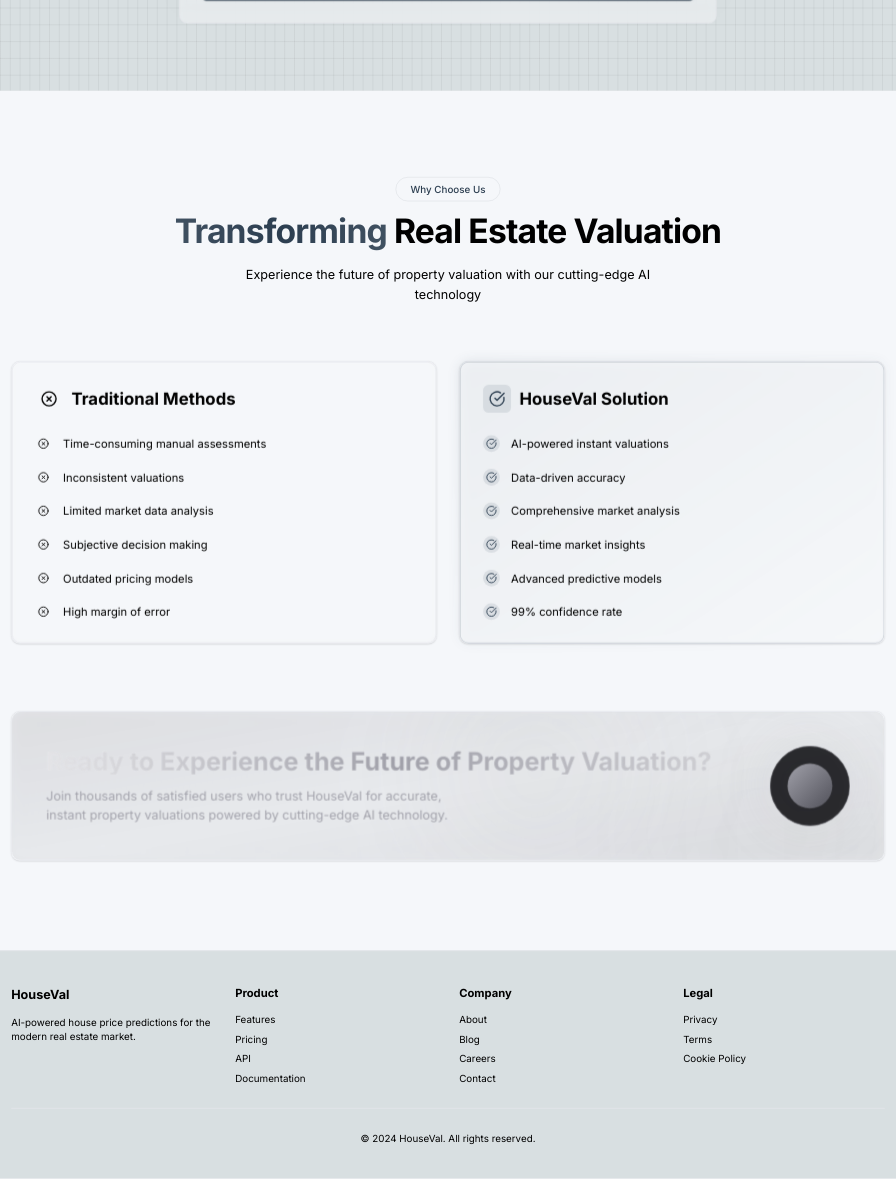
Repository: Rayyy-dev/HouseVal
Page: /
The author's editor kept a copy of each file at every save. The page is drawn from the files as they stood at one save, then again after the next save.
The browser window is 1280 px wide. The pictures show the part of the page from y = 2624 to 4544 px (the page is 4308 px tall before and 4544 px after), at 70% of full size.
The project was rebuilt for these pictures with package versions that can differ from the ones it lists, and the page was loaded fresh each time. The framework's server and built-in components were replaced by stand-ins that run in the browser. Also part of the build but not shown: next.config.ts. Imported but missing from the stored project, and not drawn on this page: src/components/ui/command.

Above is the page before, as saved 2025-01-18 13:45:14.

### src/app/layout.tsx
import type { Metadata } from "next";
import { Inter } from "next/font/google";
import "./globals.css";
import { Toaster } from "sonner";

const inter = Inter({ subsets: ["latin"] });

export const metadata: Metadata = {
  title: "HouseVal - AI-Powered House Price Predictor",
  description: "Get instant, accurate house price estimates powered by AI",
};

export default function RootLayout({
  children,
}: {
  children: React.ReactNode;
}) {
  return (
    <html lang="en">
      <body className={inter.className}>
        {children}
        <Toaster richColors position="top-center" />
      </body>
    </html>
  );
}

### src/app/page.tsx
import { Header } from "@/components/landing-page/sections/header";
import { Hero } from "@/components/landing-page/sections/hero";
import { Integrations } from "@/components/landing-page/sections/integrations";
import { Benefits } from "@/components/landing-page/sections/benefits";
import { PricePredictor } from "@/components/landing-page/sections/price-predictor";
import { Solution } from "@/components/landing-page/sections/solution";
import { Footer } from "@/components/landing-page/sections/footer";

export default function Home() {
  return (
    <div className="min-h-screen bg-background">
      <Header />
      <Hero />
      <Integrations />
      <Benefits />
      <PricePredictor />
      <Solution />
      <Footer />
    </div>
  );
}

### src/components/landing-page/sections/solution.tsx
"use client";

import { motion } from "framer-motion";
import { Card, CardContent } from "@/components/ui/card";
import { CheckCircle, XCircle } from "lucide-react";
import { cn } from "@/lib/utils";

export function Solution() {
  return (
    <section className="py-32 relative overflow-hidden">
      {/* Sophisticated Background */}
      <div className="absolute inset-0">
        <div className="absolute inset-0 bg-gradient-to-br from-destructive/5 via-transparent to-primary/5" />
        <motion.div
          initial={{ opacity: 0 }}
          animate={{ opacity: 1 }}
          transition={{ duration: 1.5 }}
          className="absolute inset-0"
        >
          <div className="absolute left-0 right-0 top-0 -z-10 m-auto h-[310px] w-[310px] rounded-full bg-primary/5 blur-[120px] animate-pulse-slow" />
          <div className="absolute left-1/3 right-0 top-1/2 -z-10 h-[250px] w-[250px] rounded-full bg-destructive/5 blur-[120px] animate-pulse-slow delay-300" />
        </motion.div>
      </div>

      <div className="container mx-auto px-4 relative">
        {/* Enhanced Header */}
        <motion.div
          initial={{ opacity: 0, y: 20 }}
          whileInView={{ opacity: 1, y: 0 }}
          viewport={{ once: true }}
          transition={{ duration: 0.7, ease: "easeOut" }}
          className="text-center mb-20"
        >
          <motion.div
            initial={{ scale: 0.95, opacity: 0 }}
            whileInView={{ scale: 1, opacity: 1 }}
            transition={{ duration: 0.5, delay: 0.2 }}
            className="inline-block mb-6"
          >
            <span className="px-5 py-2 rounded-full bg-primary/8 text-primary text-sm font-medium border border-primary/10">
              Why Choose Us
            </span>
          </motion.div>
          <h2 className="text-4xl md:text-5xl font-bold mb-6 tracking-tight">
            <span className="bg-gradient-to-r from-primary/90 via-primary to-primary/90 bg-clip-text text-transparent">Transforming</span>
            <span className="text-foreground"> Real Estate Valuation</span>
          </h2>
          <p className="text-lg text-muted-foreground/90 max-w-2xl mx-auto leading-relaxed">
            Experience the future of property valuation with our cutting-edge AI technology
          </p>
        </motion.div>

        {/* Enhanced Cards Grid */}
        <div className="grid grid-cols-1 lg:grid-cols-2 gap-8">
          <motion.div
            initial={{ opacity: 0, x: -20 }}
            whileInView={{ opacity: 1, x: 0 }}
            viewport={{ once: true }}
            transition={{ duration: 0.7 }}
          >
            <Card className="relative group h-full">
              <div className="absolute -inset-0.5 bg-gradient-to-br from-destructive/20 to-destructive/0 rounded-2xl blur opacity-50 group-hover:opacity-75 transition duration-300" />
              <div className="relative h-full bg-background/50 backdrop-blur-sm rounded-xl p-8 border border-destructive/20">
                <h3 className="text-2xl font-bold mb-8 flex items-center gap-3">
                  <div className="p-2 rounded-lg bg-destructive/10">
                    <XCircle className="text-destructive h-6 w-6" />
                  </div>
                  Traditional Methods
                </h3>
                <CardContent className="space-y-6 p-0">
                  {[
                    "Time-consuming manual assessments",
                    "Inconsistent valuations",
                    "Limited market data analysis",
                    "Subjective decision making",
                    "Outdated pricing models",
                    "High margin of error"
                  ].map((item, i) => (
                    <motion.div
                      initial={{ opacity: 0, x: -10 }}
                      whileInView={{ opacity: 1, x: 0 }}
                      viewport={{ once: true }}
                      transition={{ duration: 0.5, delay: i * 0.1 }}
                      key={i}
                      className="flex items-start gap-4 group"
                    >
                      <div className="h-6 w-6 rounded-full bg-destructive/10 flex items-center justify-center shrink-0 group-hover:bg-destructive/20 transition-colors">
                        <XCircle className="h-4 w-4 text-destructive" />
                      </div>
                      <p className="text-muted-foreground group-hover:text-foreground transition-colors">{item}</p>
                    </motion.div>
                  ))}
                </CardContent>
              </div>
            </Card>
          </motion.div>

          <motion.div
            initial={{ opacity: 0, x: 20 }}
            whileInView={{ opacity: 1, x: 0 }}
            viewport={{ once: true }}
            transition={{ duration: 0.7 }}
          >
            <Card className="relative group h-full">
              <div className="absolute -inset-0.5 bg-gradient-to-br from-primary/20 to-primary/0 rounded-2xl blur opacity-50 group-hover:opacity-75 transition duration-300" />
              <div className="relative h-full bg-background/50 backdrop-blur-sm rounded-xl p-8 border border-primary/20">
                <h3 className="text-2xl font-bold mb-8 flex items-center gap-3">
                  <div className="p-2 rounded-lg bg-primary/10">
                    <CheckCircle className="text-primary h-6 w-6" />
                  </div>
                  HouseVal Solution
                </h3>
                <CardContent className="space-y-6 p-0">
                  {[
                    "AI-powered instant valuations",
                    "Data-driven accuracy",
                    "Comprehensive market analysis",
                    "Real-time market insights",
                    "Advanced predictive models",
                    "99% confidence rate"
                  ].map((item, i) => (
                    <motion.div
                      initial={{ opacity: 0, x: 10 }}
                      whileInView={{ opacity: 1, x: 0 }}
                      viewport={{ once: true }}
                      transition={{ duration: 0.5, delay: i * 0.1 }}
                      key={i}
                      className="flex items-start gap-4 group"
                    >
                      <div className="h-6 w-6 rounded-full bg-primary/10 flex items-center justify-center shrink-0 group-hover:bg-primary/20 transition-colors">
                        <CheckCircle className="h-4 w-4 text-primary" />
                      </div>
                      <p className="text-muted-foreground group-hover:text-foreground transition-colors">{item}</p>
                    </motion.div>
                  ))}
                </CardContent>
              </div>
            </Card>
          </motion.div>
        </div>

        {/* CTA Section */}
        <motion.div
          initial={{ opacity: 0, y: 20 }}
          whileInView={{ opacity: 1, y: 0 }}
          viewport={{ once: true }}
          transition={{ duration: 0.7 }}
          className="mt-24"
        >
          <Card className="relative group overflow-hidden">
            <div className="absolute -inset-0.5 bg-gradient-to-br from-zinc-400/30 via-zinc-100/10 to-zinc-400/30 rounded-2xl blur opacity-50" />
            <div className="relative bg-black/5 backdrop-blur-sm rounded-xl p-12 border border-zinc-200/10">
              <div className="absolute right-0 top-0 -z-10 h-[350px] w-[350px] rounded-full bg-zinc-500/5 blur-[100px]" />
              <div className="absolute left-1/2 bottom-0 -z-10 h-[250px] w-[250px] rounded-full bg-zinc-400/10 blur-[100px]" />

              <div className="flex flex-col md:flex-row items-center justify-between gap-8">
                <div className="flex-1 text-left">
                  <motion.h3
                    initial={{ opacity: 0, y: 10 }}
                    whileInView={{ opacity: 1, y: 0 }}
                    transition={{ duration: 0.5 }}
                    className="text-3xl md:text-4xl font-bold mb-4 bg-gradient-to-r from-zinc-200 via-zinc-400 to-zinc-300 bg-clip-text text-transparent"
                  >
                    Ready to Experience the Future of Property Valuation?
                  </motion.h3>
                  <motion.p
                    initial={{ opacity: 0, y: 10 }}
                    whileInView={{ opacity: 1, y: 0 }}
                    transition={{ duration: 0.5, delay: 0.1 }}
                    className="text-lg text-zinc-400 max-w-xl"
                  >
                    Join thousands of satisfied users who trust HouseVal for accurate, instant property valuations powered by cutting-edge AI technology.
                  </motion.p>
                </div>
                <motion.div
                  initial={{ opacity: 0, scale: 0.95 }}
                  whileInView={{ opacity: 1, scale: 1 }}
                  transition={{ duration: 0.5, delay: 0.2 }}
                  className="flex items-center justify-center"
                >
                  <div className="relative">
                    <div className="absolute inset-0 bg-gradient-to-br from-zinc-400/20 to-zinc-300/10 rounded-full blur-2xl" />
                    <div className="relative bg-zinc-900/90 backdrop-blur-sm rounded-full p-6 border border-zinc-700">
                      <div className="h-16 w-16 rounded-full bg-gradient-to-br from-zinc-400 to-zinc-600" />
                    </div>
                  </div>
                </motion.div>
              </div>
            </div>
          </Card>
        </motion.div>
      </div>
    </section>
  );
}

### src/components/ui/input.tsx
import * as React from "react"

import { cn } from "@/lib/utils"

export interface InputProps extends React.InputHTMLAttributes<HTMLInputElement> {}

const Input = React.forwardRef<HTMLInputElement, InputProps>(
  ({ className, type, ...props }, ref) => {
    return (
      <input
        type={type}
        className={cn(
          "flex h-9 w-full rounded-md border border-input bg-transparent px-3 py-1 text-base shadow-sm transition-colors file:border-0 file:bg-transparent file:text-sm file:font-medium file:text-foreground placeholder:text-muted-foreground focus-visible:outline-none focus-visible:ring-1 focus-visible:ring-ring disabled:cursor-not-allowed disabled:opacity-50 md:text-sm",
          className
        )}
        ref={ref}
        {...props}
      />
    )
  }
)
Input.displayName = "Input"

export { Input }

### src/components/ui/label.tsx
"use client"

import * as React from "react"
import * as LabelPrimitive from "@radix-ui/react-label"
import { cva, type VariantProps } from "class-variance-authority"

import { cn } from "@/lib/utils"

const labelVariants = cva(
  "text-sm font-medium leading-none peer-disabled:cursor-not-allowed peer-disabled:opacity-70"
)

const Label = React.forwardRef<
  React.ElementRef<typeof LabelPrimitive.Root>,
  React.ComponentPropsWithoutRef<typeof LabelPrimitive.Root> &
    VariantProps<typeof labelVariants>
>(({ className, ...props }, ref) => (
  <LabelPrimitive.Root
    ref={ref}
    className={cn(labelVariants(), className)}
    {...props}
  />
))
Label.displayName = LabelPrimitive.Root.displayName

export { Label }

### src/components/ui/popover.tsx
"use client"

import * as React from "react"
import * as PopoverPrimitive from "@radix-ui/react-popover"

import { cn } from "@/lib/utils"

const Popover = PopoverPrimitive.Root

const PopoverTrigger = PopoverPrimitive.Trigger

const PopoverAnchor = PopoverPrimitive.Anchor

const PopoverContent = React.forwardRef<
  React.ElementRef<typeof PopoverPrimitive.Content>,
  React.ComponentPropsWithoutRef<typeof PopoverPrimitive.Content>
>(({ className, align = "center", sideOffset = 4, ...props }, ref) => (
  <PopoverPrimitive.Portal>
    <PopoverPrimitive.Content
      ref={ref}
      align={align}
      sideOffset={sideOffset}
      className={cn(
        "z-50 w-72 rounded-md border bg-popover p-4 text-popover-foreground shadow-md outline-none data-[state=open]:animate-in data-[state=closed]:animate-out data-[state=closed]:fade-out-0 data-[state=open]:fade-in-0 data-[state=closed]:zoom-out-95 data-[state=open]:zoom-in-95 data-[side=bottom]:slide-in-from-top-2 data-[side=left]:slide-in-from-right-2 data-[side=right]:slide-in-from-left-2 data-[side=top]:slide-in-from-bottom-2",
        className
      )}
      {...props}
    />
  </PopoverPrimitive.Portal>
))
PopoverContent.displayName = PopoverPrimitive.Content.displayName

export { Popover, PopoverTrigger, PopoverContent, PopoverAnchor }

### src/components/landing-page/housing/locations.ts
// Extract unique cities and states from the CSV
export const locations = [
  // New York
  { value: 'new-york-ny', label: 'New York, NY', factor: 2.0 },
  { value: 'brooklyn-ny', label: 'Brooklyn, NY', factor: 1.8 },
  { value: 'queens-ny', label: 'Queens, NY', factor: 1.6 },

  // California
  { value: 'los-angeles-ca', label: 'Los Angeles, CA', factor: 1.9 },
  { value: 'san-francisco-ca', label: 'San Francisco, CA', factor: 2.1 },
  { value: 'san-diego-ca', label: 'San Diego, CA', factor: 1.7 },

  // Texas
  { value: 'austin-tx', label: 'Austin, TX', factor: 1.5 },
  { value: 'houston-tx', label: 'Houston, TX', factor: 1.3 },
  { value: 'dallas-tx', label: 'Dallas, TX', factor: 1.4 },

  // Florida
  { value: 'miami-fl', label: 'Miami, FL', factor: 1.6 },
  { value: 'orlando-fl', label: 'Orlando, FL', factor: 1.3 },

  // Washington
  { value: 'seattle-wa', label: 'Seattle, WA', factor: 1.8 },

  // Illinois
  { value: 'chicago-il', label: 'Chicago, IL', factor: 1.5 },

  // Massachusetts
  { value: 'boston-ma', label: 'Boston, MA', factor: 1.9 },

  // And more major cities...
] as const;

### tailwind.config.ts
import { fontFamily } from "tailwindcss/defaultTheme"
import type { Config } from "tailwindcss"

const config = {
  darkMode: ["class"],
  content: [
    './pages/**/*.{ts,tsx}',
    './components/**/*.{ts,tsx}',
    './app/**/*.{ts,tsx}',
    './src/**/*.{ts,tsx}',
	],
  theme: {
    container: {
      center: true,
      padding: "2rem",
      screens: {
        "2xl": "1400px",
      },
    },
    extend: {
      colors: {
        primary: {
          DEFAULT: "#2C3E50",
          foreground: "#FFFFFF",
        },
        secondary: {
          DEFAULT: "#E67E22",
          foreground: "#FFFFFF",
        },
        accent: {
          DEFAULT: "#16A085",
          foreground: "#FFFFFF",
        },
        background: "#F5F7FA",
        muted: "#95A5A6",
      },
      fontFamily: {
        sans: ["var(--font-sans)", ...fontFamily.sans],
      },
      keyframes: {
        "accordion-down": {
          from: { height: "0" },
          to: { height: "var(--radix-accordion-content-height)" },
        },
        "accordion-up": {
          from: { height: "var(--radix-accordion-content-height)" },
          to: { height: "0" },
        },
      },
      animation: {
        "accordion-down": "accordion-down 0.2s ease-out",
        "accordion-up": "accordion-up 0.2s ease-out",
      },
    },
  },
  plugins: [require("tailwindcss-animate")],
} satisfies Config

export default config

Loaded but not shown: src/lib/utils.ts (common file); src/components/landing-page/sections/hero.tsx (333 lines, source omitted); src/app/globals.css (956 lines, source omitted); src/components/landing-page/sections/price-predictor.tsx (381 lines, source omitted); src/components/landing-page/sections/benefits.tsx (160 lines, source omitted); src/components/ui/button.tsx (57 lines, source omitted); src/components/ui/card.tsx (76 lines, source omitted); src/components/landing-page/sections/integrations.tsx (57 lines, source omitted); src/components/landing-page/sections/header.tsx (38 lines, source omitted); src/components/landing-page/sections/footer.tsx (51 lines, source omitted); src/components/ui/avatar-stack.tsx (47 lines, source omitted)

After the next save:
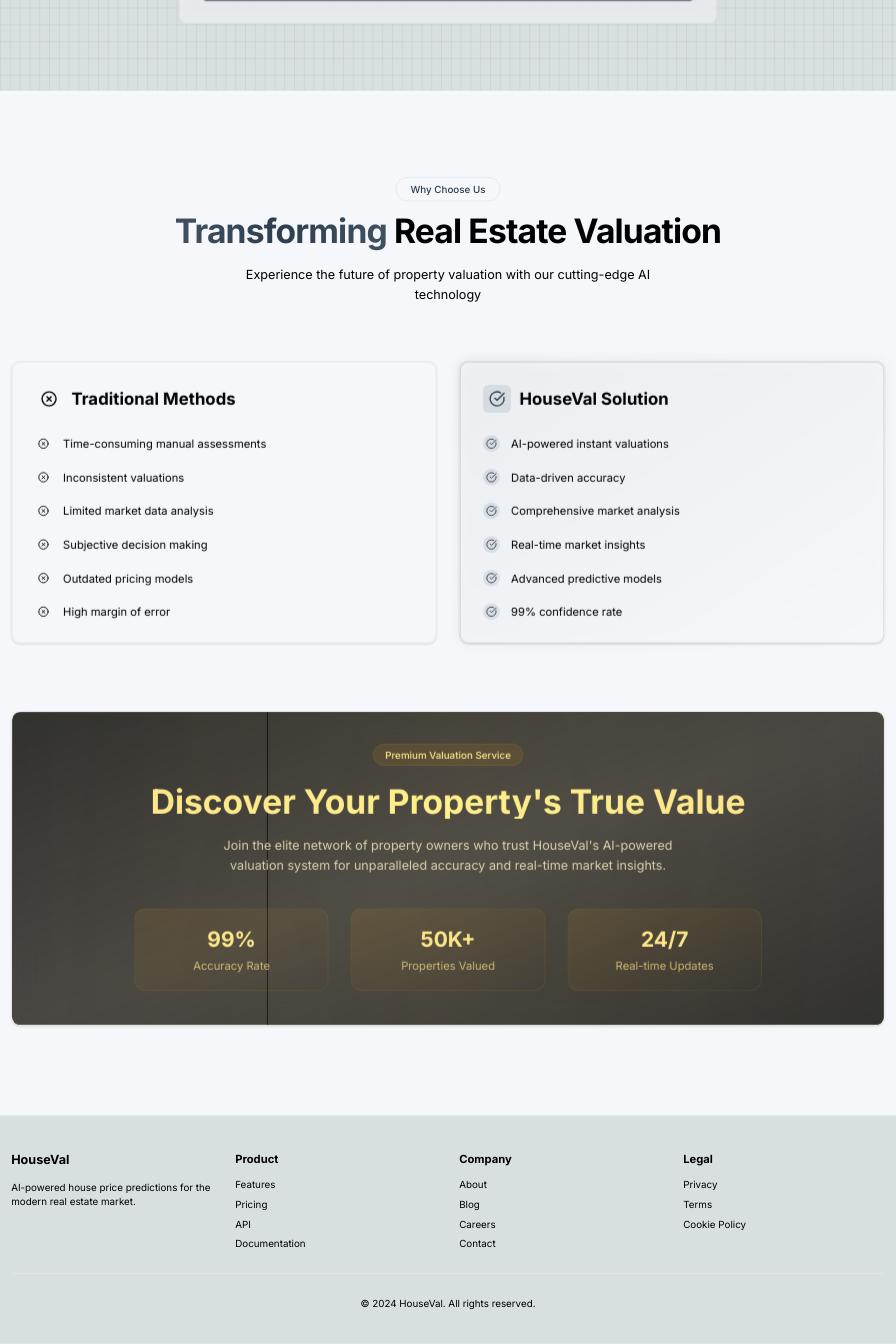
Saved 66 s later.
--- a/src/components/landing-page/sections/solution.tsx
+++ b/src/components/landing-page/sections/solution.tsx
@@ -148,43 +148,70 @@
           className="mt-24"
         >
           <Card className="relative group overflow-hidden">
-            <div className="absolute -inset-0.5 bg-gradient-to-br from-zinc-400/30 via-zinc-100/10 to-zinc-400/30 rounded-2xl blur opacity-50" />
-            <div className="relative bg-black/5 backdrop-blur-sm rounded-xl p-12 border border-zinc-200/10">
-              <div className="absolute right-0 top-0 -z-10 h-[350px] w-[350px] rounded-full bg-zinc-500/5 blur-[100px]" />
-              <div className="absolute left-1/2 bottom-0 -z-10 h-[250px] w-[250px] rounded-full bg-zinc-400/10 blur-[100px]" />
-
-              <div className="flex flex-col md:flex-row items-center justify-between gap-8">
-                <div className="flex-1 text-left">
+            <div className="absolute inset-0 bg-[radial-gradient(circle_at_top_right,rgba(251,191,36,0.1),transparent_50%),radial-gradient(circle_at_bottom_left,rgba(251,191,36,0.1),transparent_50%)]" />
+            <div className="absolute -inset-0.5 bg-gradient-to-br from-amber-200/20 via-amber-500/5 to-amber-200/20 rounded-2xl blur opacity-75" />
+
+            <div className="relative bg-gradient-to-br from-black/80 via-black/70 to-black/80 backdrop-blur-xl rounded-xl border border-amber-200/10">
+              <div className="absolute inset-0 bg-[linear-gradient(to_right,transparent,rgba(251,191,36,0.05)_50%,transparent)]" />
+
+              <div className="relative p-12">
+                <div className="flex flex-col items-center text-center max-w-4xl mx-auto">
+                  <motion.div
+                    initial={{ opacity: 0, y: 10 }}
+                    whileInView={{ opacity: 1, y: 0 }}
+                    transition={{ duration: 0.5 }}
+                    className="mb-8"
+                  >
+                    <span className="px-4 py-1.5 rounded-full bg-amber-500/10 text-amber-200 text-sm font-medium border border-amber-500/20">
+                      Premium Valuation Service
+                    </span>
+                  </motion.div>
+
                   <motion.h3
                     initial={{ opacity: 0, y: 10 }}
                     whileInView={{ opacity: 1, y: 0 }}
-                    transition={{ duration: 0.5 }}
-                    className="text-3xl md:text-4xl font-bold mb-4 bg-gradient-to-r from-zinc-200 via-zinc-400 to-zinc-300 bg-clip-text text-transparent"
-                  >
-                    Ready to Experience the Future of Property Valuation?
+                    transition={{ duration: 0.5, delay: 0.1 }}
+                    className="text-4xl md:text-5xl font-bold mb-6 bg-gradient-to-r from-amber-200 via-yellow-200 to-amber-200 bg-clip-text text-transparent"
+                  >
+                    Discover Your Property's True Value
                   </motion.h3>
+
                   <motion.p
                     initial={{ opacity: 0, y: 10 }}
                     whileInView={{ opacity: 1, y: 0 }}
-                    transition={{ duration: 0.5, delay: 0.1 }}
-                    className="text-lg text-zinc-400 max-w-xl"
-                  >
-                    Join thousands of satisfied users who trust HouseVal for accurate, instant property valuations powered by cutting-edge AI technology.
+                    transition={{ duration: 0.5, delay: 0.2 }}
+                    className="text-lg text-amber-100/80 mb-12 max-w-2xl"
+                  >
+                    Join the elite network of property owners who trust HouseVal's AI-powered valuation system for unparalleled accuracy and real-time market insights.
                   </motion.p>
+
+                  <motion.div
+                    initial={{ opacity: 0, scale: 0.95 }}
+                    whileInView={{ opacity: 1, scale: 1 }}
+                    transition={{ duration: 0.5, delay: 0.3 }}
+                    className="grid grid-cols-1 md:grid-cols-3 gap-8 w-full"
+                  >
+                    {[
+                      {
+                        stat: "99%",
+                        label: "Accuracy Rate",
+                      },
+                      {
+                        stat: "50K+",
+                        label: "Properties Valued",
+                      },
+                      {
+                        stat: "24/7",
+                        label: "Real-time Updates",
+                      }
+                    ].map((item, i) => (
+                      <div key={i} className="flex flex-col items-center p-6 rounded-2xl bg-gradient-to-br from-amber-500/10 to-transparent border border-amber-500/10">
+                        <span className="text-3xl font-bold text-amber-200 mb-2">{item.stat}</span>
+                        <span className="text-amber-200/70">{item.label}</span>
+                      </div>
+                    ))}
+                  </motion.div>
                 </div>
-                <motion.div
-                  initial={{ opacity: 0, scale: 0.95 }}
-                  whileInView={{ opacity: 1, scale: 1 }}
-                  transition={{ duration: 0.5, delay: 0.2 }}
-                  className="flex items-center justify-center"
-                >
-                  <div className="relative">
-                    <div className="absolute inset-0 bg-gradient-to-br from-zinc-400/20 to-zinc-300/10 rounded-full blur-2xl" />
-                    <div className="relative bg-zinc-900/90 backdrop-blur-sm rounded-full p-6 border border-zinc-700">
-                      <div className="h-16 w-16 rounded-full bg-gradient-to-br from-zinc-400 to-zinc-600" />
-                    </div>
-                  </div>
-                </motion.div>
               </div>
             </div>
           </Card>
